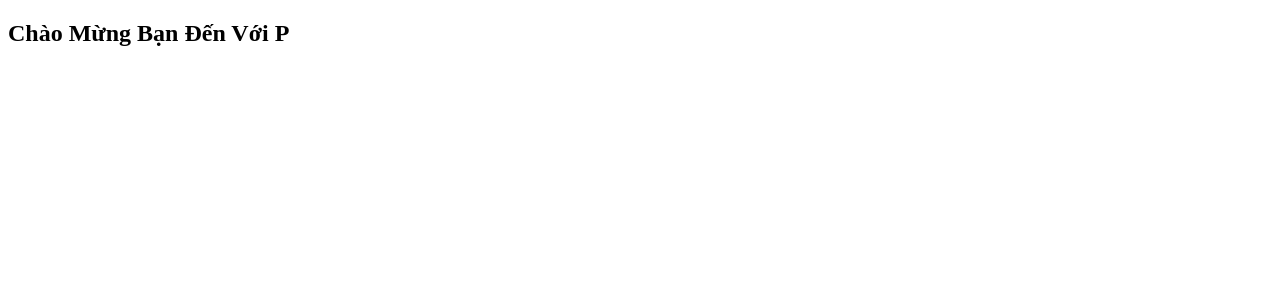
Repository: manhhieu120499/uyen
Page: index.html
The author's editor kept a copy of each file at every save. The page is drawn from the files as they stood at one save, then again after a run of saves.
The browser window is 1280 px wide. The pictures show the whole page.

Above is the page before, as saved 2022-08-16 00:36:29.

After the next 3 saves:
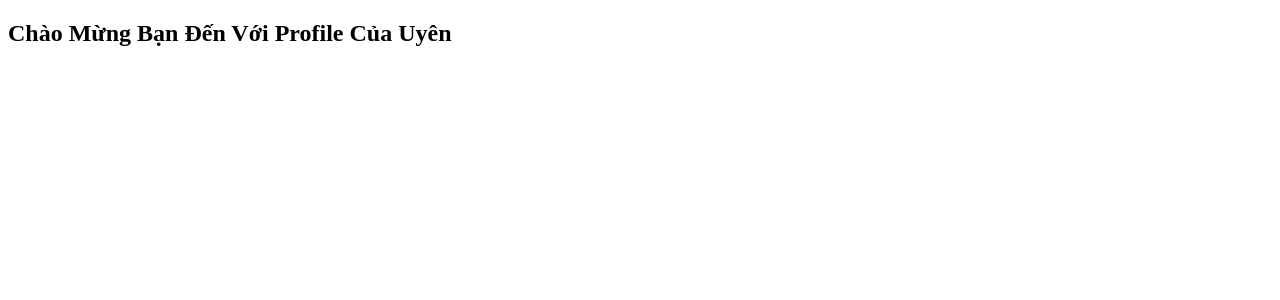
The 3 saves are shown as one change because they came seconds apart.
The last was saved 17 s later.
--- a/index.html
+++ b/index.html
@@ -7,6 +7,7 @@
     <title>Xuan Uyen</title>
 </head>
 <body>
-    <h2>Chào Mừng Bạn Đến Với P</h2>
+    <h2>Chào Mừng Bạn Đến Với Profile Của Uyên</h2>
+
 </body>
 </html>
